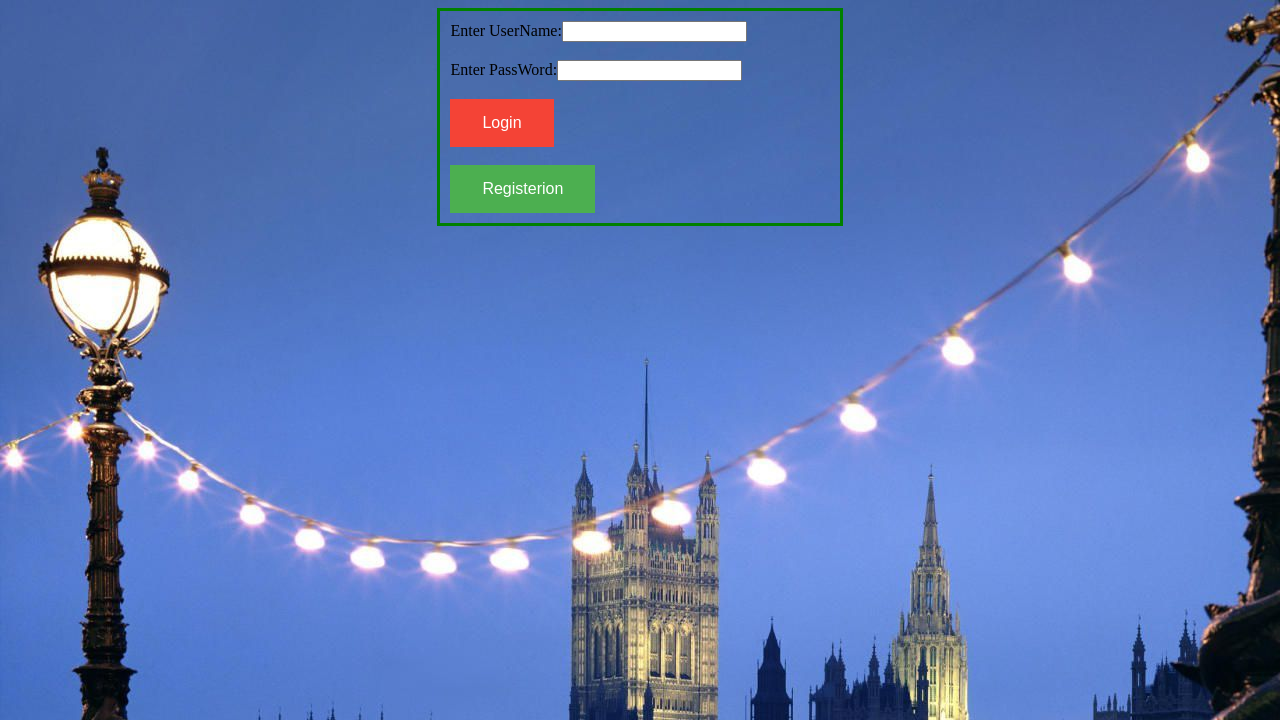
Repository: srikanthModugu/jdbc-servlet-jsp
Page: SutudentRegistration/WebContent/LoginPage.html
The author's editor kept a copy of each file at every save. The page is drawn from the files as they stood at one save, then again after the next save.
The browser window is 1280 px wide. The pictures show the whole page.

Above is the page before, as saved 2017-10-02 14:33:51.

After the next save:
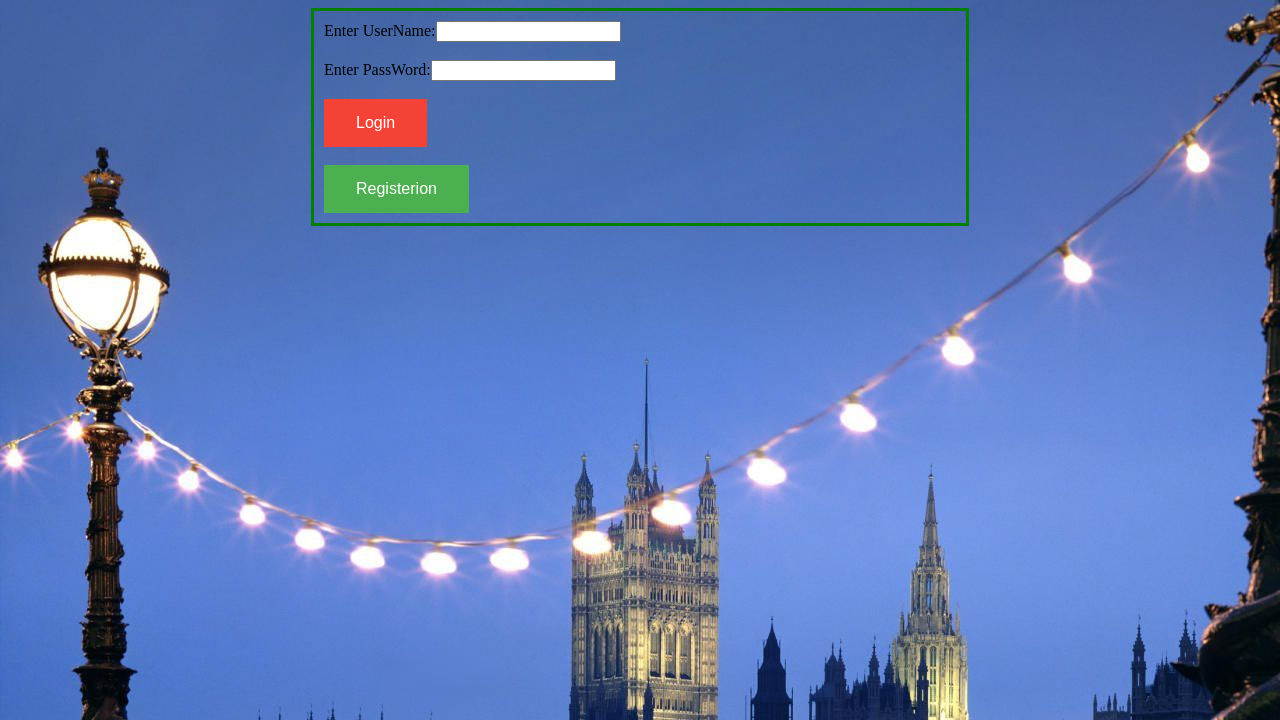
Saved 22 s later.
--- a/SutudentRegistration/WebContent/LoginPage.html
+++ b/SutudentRegistration/WebContent/LoginPage.html
@@ -14,7 +14,7 @@
 }
  .center {
     margin: auto;
-    width: 30%;
+    width: 50%;
     border: 3px solid green;
     padding: 10px;
     top: 20px;
